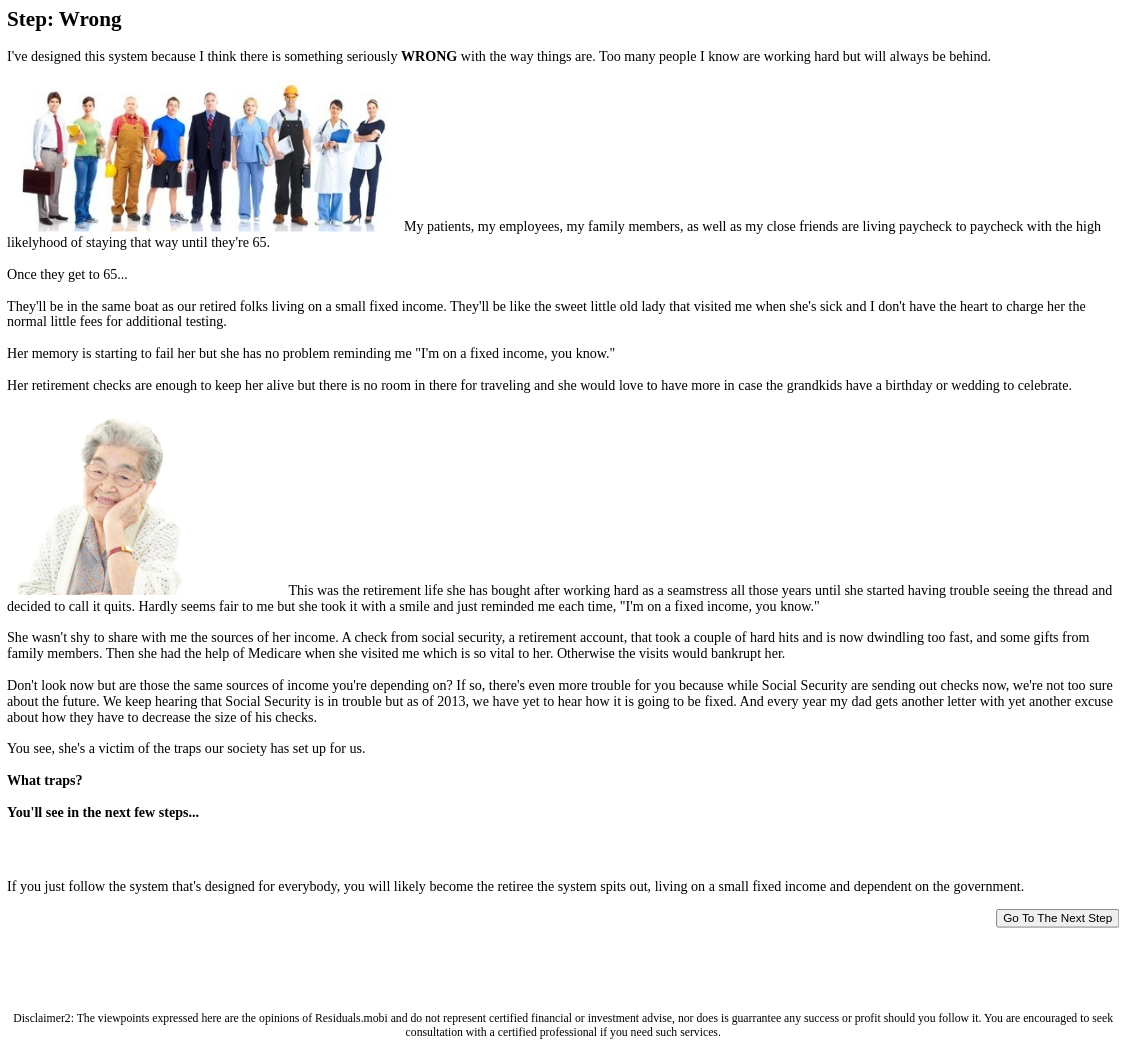
Repository: DevZubair/Danh-App
Page: www/templates/steps-wrong.html
The author's editor kept a record of every edit. The page is drawn from the files as they stood at one moment, then again after the next edit.
The browser window is 1280 px wide. The pictures show the whole page, at 88% of full size.

Above is the page before.

After the next edit:
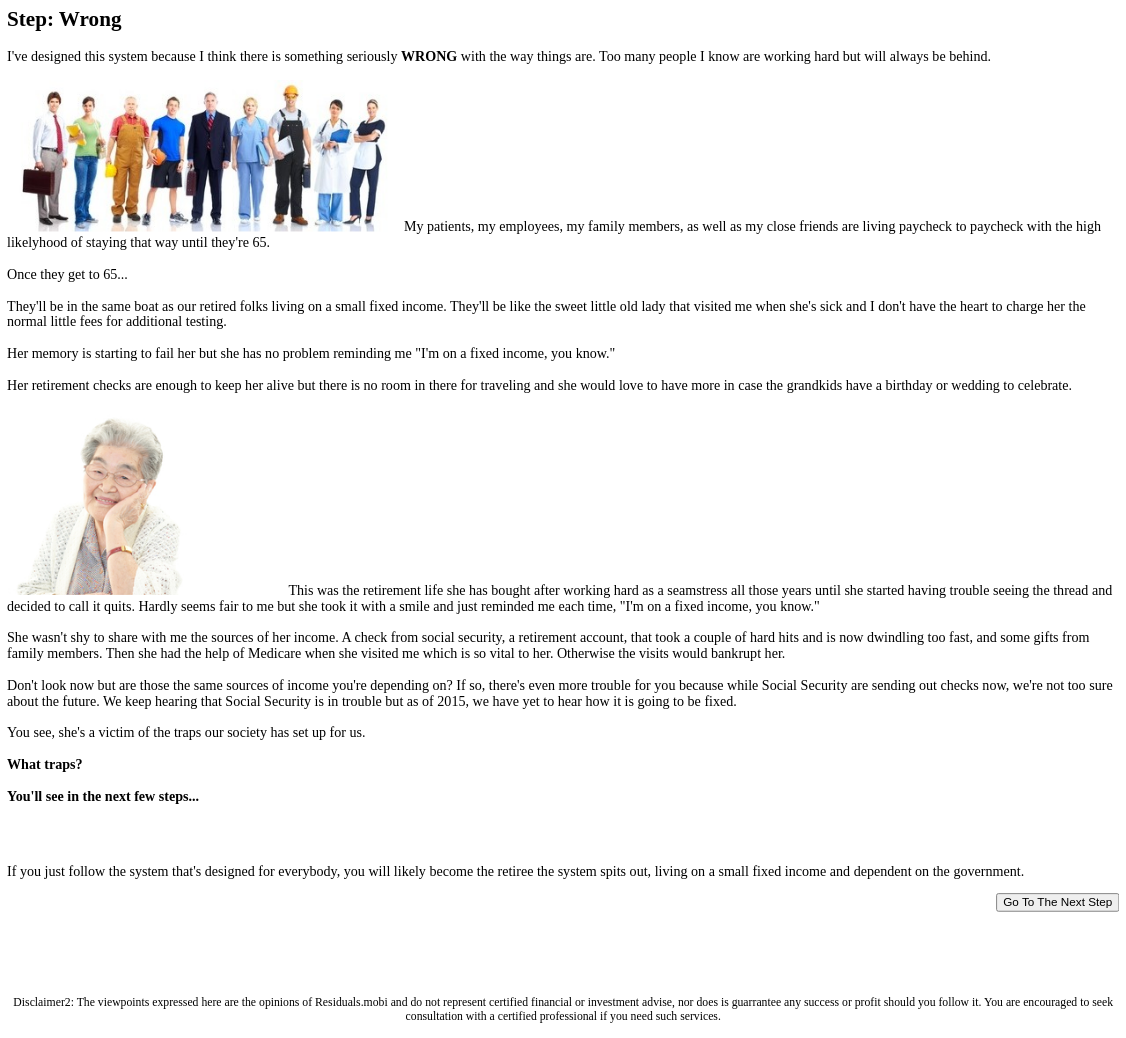
The edit:
--- a/www/templates/steps-wrong.html
+++ b/www/templates/steps-wrong.html
@@ -28,7 +28,7 @@
 
         She wasn't shy to share with me the sources of her income.  A check from social security, a retirement account, that took a couple of hard hits and is now dwindling too fast, and some gifts from family members.  Then she had the help of Medicare when she visited me which is so vital to her.  Otherwise the visits would bankrupt her.<br><br>
 
-        Don't look now but are those the same sources of income you're depending on?  If so, there's even more trouble for you because while Social Security are sending out checks now, we're not too sure about the future.  We keep hearing that Social Security is in trouble but as of 2013, we have yet to hear how it is going to be fixed.  And every year my dad gets another letter with yet another excuse about how they have to decrease the size of his checks.<br><br>
+        Don't look now but are those the same sources of income you're depending on?  If so, there's even more trouble for you because while Social Security are sending out checks now, we're not too sure about the future.  We keep hearing that Social Security is in trouble but as of 2015, we have yet to hear how it is going to be fixed.<br><br>
 
         You see, she's a victim of the traps our society has set up for us.<br><br>
 
